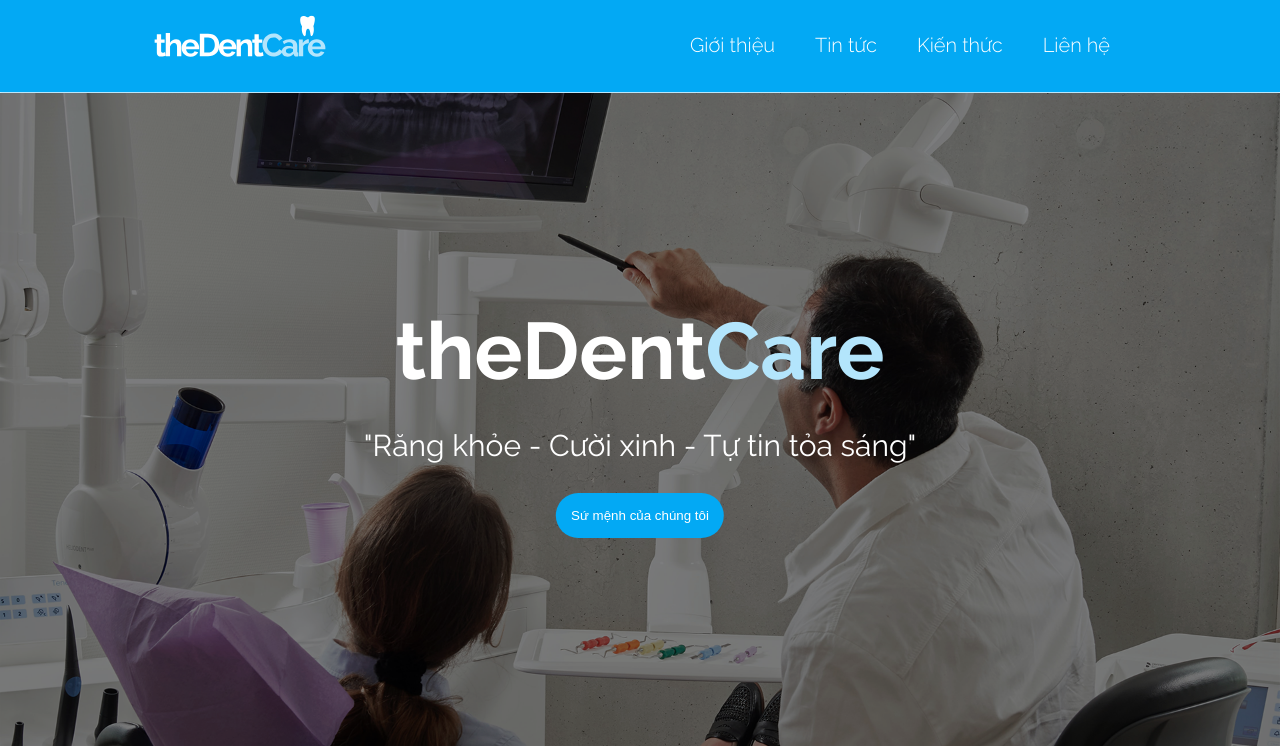
Repository: vantoan19/theDentCare
Page: / (app in theDentalCare/the-dental-care/)
An editor plug-in stored every save of this project. The page is shown before and after the next save, followed by the edit.
The browser window is 1280 px wide. The pictures show the whole page.
The project was rebuilt for these pictures with package versions that can differ from the ones it lists, and the page was loaded fresh each time. The framework's server and built-in components were replaced by stand-ins that run in the browser.

Above is the page before, as saved 2022-09-22 02:17:45.

### theDentalCare/the-dental-care/pages/_app.js
import { createGlobalStyle } from "styled-components";

const GlobalStyle = createGlobalStyle`
    html,
    body {
        padding: 0;
        margin: 0;
        font-family: Raleway;
        font-size: 10px;
    }

    * {
        box-sizing: border-box;
    }
`;

function MyApp({ Component, pageProps }) {
  return (
    <>
      <GlobalStyle />
      <Component {...pageProps} />
    </>
  );
}

export default MyApp

### theDentalCare/the-dental-care/pages/_document.js
// pages/_document.js

import { Html, Head, Main, NextScript } from 'next/document'

export default function Document() {
  return (
    <Html>
      <Head>
        <link
          href="https://fonts.googleapis.com/css2?family=Raleway:ital,wght@0,100;0,200;0,300;0,400;0,500;0,600;0,700;0,800;0,900;1,100;1,200;1,300;1,400;1,500;1,600;1,700;1,800;1,900&display=swap"
          rel="stylesheet"
        />
      </Head>
      <body>
        <Main />
        <NextScript />
      </body>
    </Html>
  )
}

### theDentalCare/the-dental-care/pages/index.js
import styled from "styled-components"
import NavBar from "../components/NavBar/NavBar"
import Button from "../components/UI/Button/Button"

const BackgroundImage = styled.img`
  width: 100%;
`

const BackgroundContainer = styled.div`
  width: 100%;
`

const MainHeader = styled.h1`
  color: #fff;
  font-size: 8rem;
  margin: 0px 0;
`

const Hightlight = styled.span`
  color: #B3E5FC;
`

const MainDescription = styled.p`
  color: #fff;
  font-size: 3rem;
`

const MainButton = styled(Button)`
  font-size: 3rem;
`

const MainContainer = styled.div`
  position: absolute;
  top: 50%;
  left: 50%;
  transform: translate(-50%, -50%);
  display: flex;
  flex-direction: column;
  align-items: center;
`

const HomeContainer = styled.div`
  position: relative;
`

export default function Home() {
    return (
      <div>
        <NavBar/>
        <HomeContainer>
          <BackgroundContainer>
            <BackgroundImage src='/backgroundImage.png' alt='background image'/>
          </BackgroundContainer>
          <MainContainer>
            <MainHeader>theDent<Hightlight>Care</Hightlight></MainHeader>
            <MainDescription>"Răng khỏe - Cười xinh - Tự tin tỏa sáng"</MainDescription>
            <MainButton>Sứ mệnh của chúng tôi</MainButton>
          </MainContainer>
        </HomeContainer>
      </div>
    )
}

### theDentalCare/the-dental-care/components/NavBar/NavBar.jsx
import React from 'react'
import styled from 'styled-components'
import Logo from './Logo/Logo'
import NavItem from './NavItem/NavItem'

const LogoContainer = styled.div`
  margin: 0 150px;
`

const NavItemsGroup = styled.div`
  display: flex;
  height: 90px;
  align-items: center;
  margin: 0 150px;
`

const NavContainer = styled.div`
  background-color: #03A9F4;
  display: flex;
  flex-direction: row;
  justify-content: space-between;
  box-shadow: 0px 2px 4px 1px #B3E5FC;
  margin-bottom: 1px;
`

const NavBar = () => {
  return (
    <NavContainer>
      <LogoContainer>
        <Logo/>
      </LogoContainer>
      <NavItemsGroup>
        <NavItem>Giới thiệu</NavItem>
        <NavItem>Tin tức</NavItem>
        <NavItem>Kiến thức</NavItem>
        <NavItem>Liên hệ</NavItem>
      </NavItemsGroup>
    </NavContainer>
  )
}

export default NavBar

### theDentalCare/the-dental-care/components/UI/Button/Button.jsx
import React from 'react'
import styled from 'styled-components'

const StyledButton = styled.button`
    border: none;
    padding: 15px;
    border-radius: 30px;
    color: #fff;
    background-color: #03A9F4;
`

const Button = (props) => {
  return (
    <StyledButton onClick={props.action}>
        {props.children}
    </StyledButton>
  )
}

export default Button

### theDentalCare/the-dental-care/components/NavBar/Logo/Logo.jsx
import React from 'react'
import styled from 'styled-components'


const StyledLogo = styled.img`
  width: 180px;
`

const Logo = () => {
  return (
    <StyledLogo src='/theDentCare.svg'/>
  )
}

export default Logo

### theDentalCare/the-dental-care/components/NavBar/NavItem/NavItem.jsx
import React from 'react'
import styled from 'styled-components'

const StyledSpan = styled.span`
    cursor: pointer;
    margin: 0px 20px;
    font-size: 2rem;
    font-weight: 300;
    color: #fff;
`

const NavItem = (props) => {
    return (
      <StyledSpan>{props.children}</StyledSpan>
    )
}

export default NavItem

After the next save:
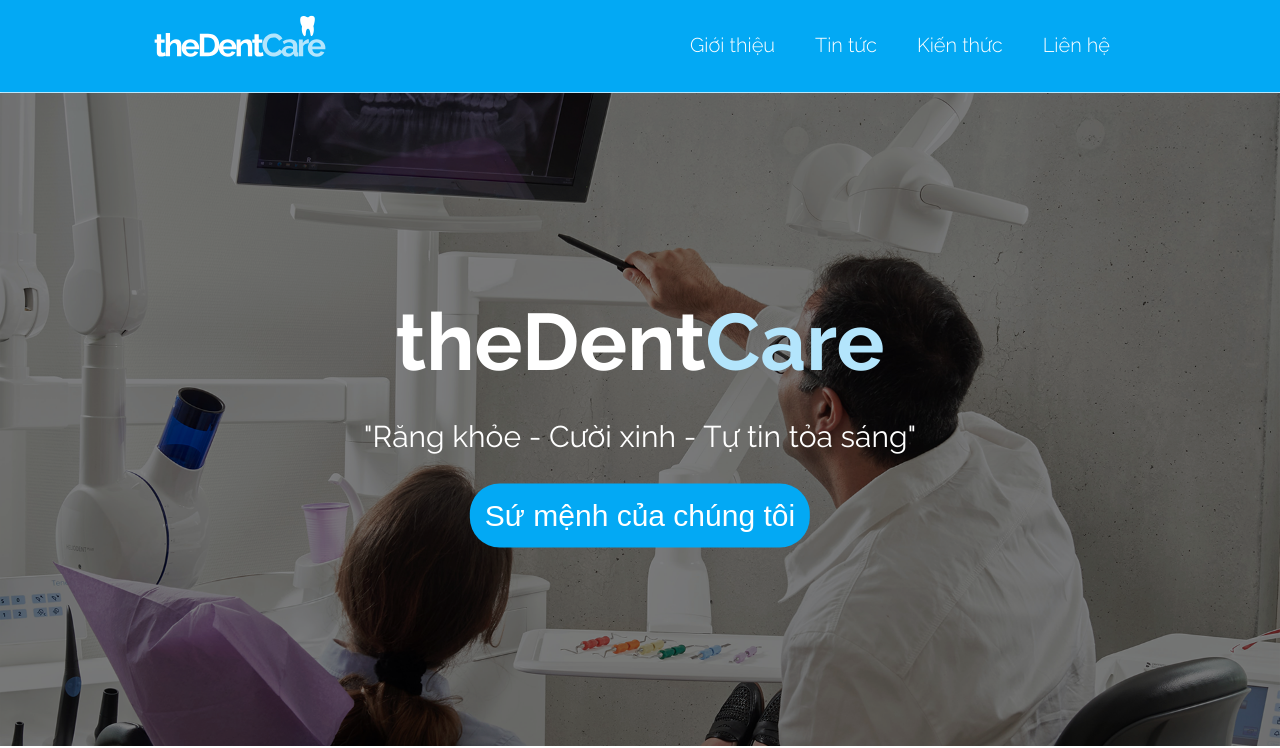
Saved 22 s later.
--- a/theDentalCare/the-dental-care/components/UI/Button/Button.jsx
+++ b/theDentalCare/the-dental-care/components/UI/Button/Button.jsx
@@ -11,7 +11,7 @@
 
 const Button = (props) => {
   return (
-    <StyledButton onClick={props.action}>
+    <StyledButton onClick={props.action} className={props.className}>
         {props.children}
     </StyledButton>
   )
